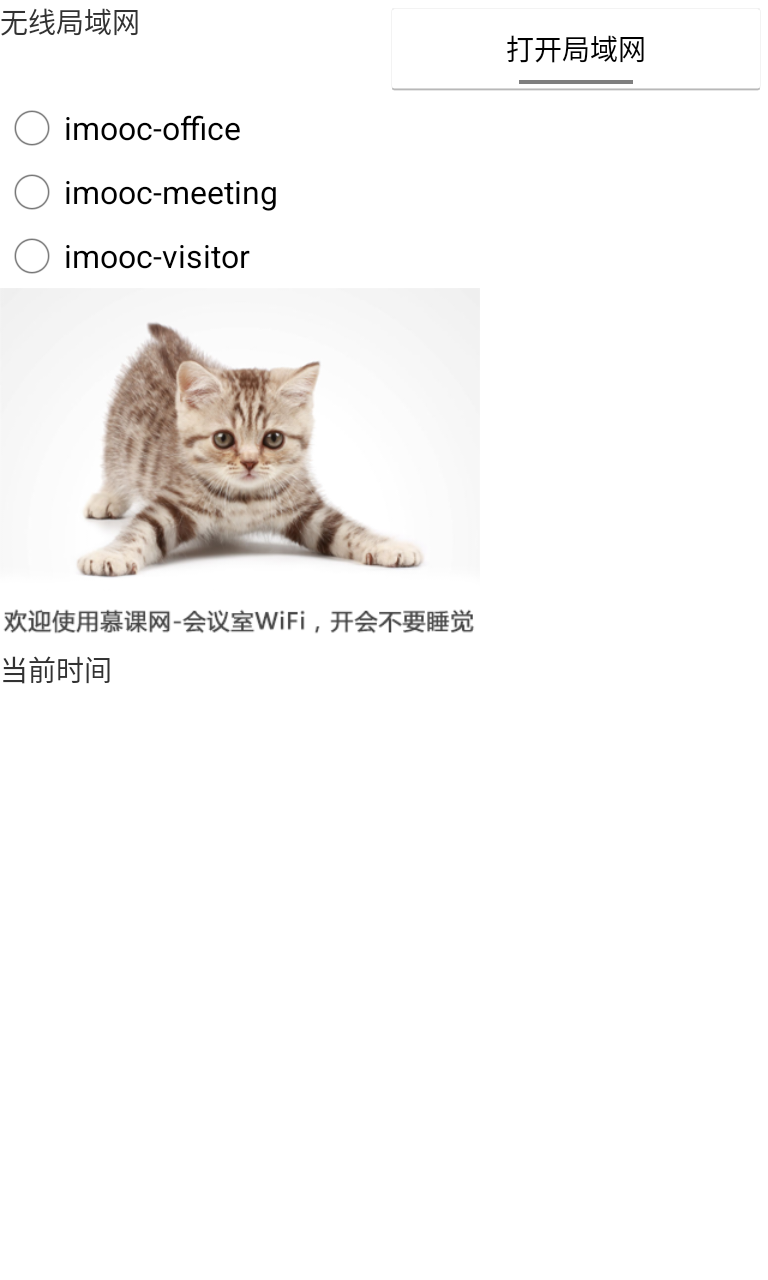
Repository: ling-cen/demo
Layout: Wifi_App/res/layout/activity_layout.xml
An editor plug-in stored every save of this project. The layout is shown before and after the next save, followed by the edit.
It is drawn on a 768 x 1280 px phone screen (xhdpi) without system bars, with theme AppTheme; the app's code is not run.

Above is the layout before, as saved 2018-12-13 16:15:04.

### Wifi_App/res/layout/activity_layout.xml
<?xml version="1.0" encoding="utf-8"?>
<LinearLayout xmlns:android="http://schemas.android.com/apk/res/android"
    android:layout_width="match_parent"
    android:layout_height="match_parent"
    android:orientation="vertical" >

    <LinearLayout
        android:layout_width="match_parent"
        android:layout_height="wrap_content"
        android:background="#FFFFFF"
        android:orientation="horizontal" >

        <TextView
            android:layout_width="0dp"
            android:layout_height="match_parent"
            android:layout_weight="1"
            android:text="@string/wifi" />

        <ToggleButton
            android:layout_width="0dp"
            android:layout_height="wrap_content"
            android:layout_weight="1"
            android:checked="false"
            android:textOff="打开局域网"
            android:textOn="关闭局域网" >
        </ToggleButton>
    </LinearLayout>

    <LinearLayout
        android:layout_width="match_parent"
        android:layout_height="wrap_content"
        android:background="#FFFFFF"
        android:orientation="vertical" >

        <RadioGroup
            android:layout_width="match_parent"
            android:layout_height="wrap_content"
            android:orientation="vertical" >

            <RadioButton
                android:layout_width="wrap_content"
                android:layout_height="wrap_content"
                android:text="@string/offoce" />

            <RadioButton
                android:layout_width="wrap_content"
                android:layout_height="wrap_content"
                android:text="@string/meeting" />

            <RadioButton
                android:layout_width="wrap_content"
                android:layout_height="wrap_content"
                android:text="@string/visitor" />
        </RadioGroup>
    </LinearLayout>

    <ImageView
        android:layout_width="match_parent"
        android:layout_height="180dp"
        android:scaleType="fitStart"
        android:background="#FFFFFF"
        android:src="@drawable/meeting" />

    <TextView
        android:layout_width="match_parent"
        android:layout_height="wrap_content"
        android:text="@string/isTime" />
</LinearLayout>

### Wifi_App/res/values/strings.xml
<?xml version="1.0" encoding="utf-8"?>
<resources>

    <string name="app_name">Wifi_App</string>
    <string name="hello_world">Hello world!</string>
    <string name="action_settings">Settings</string>
    <string name="wifi">无线局域网</string>
    <string name="wifi_off">关闭局域网</string>
    <string name="wifi_on">打开局域网</string>
    <string name="offoce">imooc-office</string>
    <string name="meeting">imooc-meeting</string>
    <string name="visitor">imooc-visitor</string>
    <string name="isTime">当前时间</string>
</resources>

Loaded but not shown: Wifi_App/res/values/styles.xml (common file); Wifi_App/res/values-v11/styles.xml (common file); Wifi_App/res/values-v14/styles.xml (common file)

After the next save:
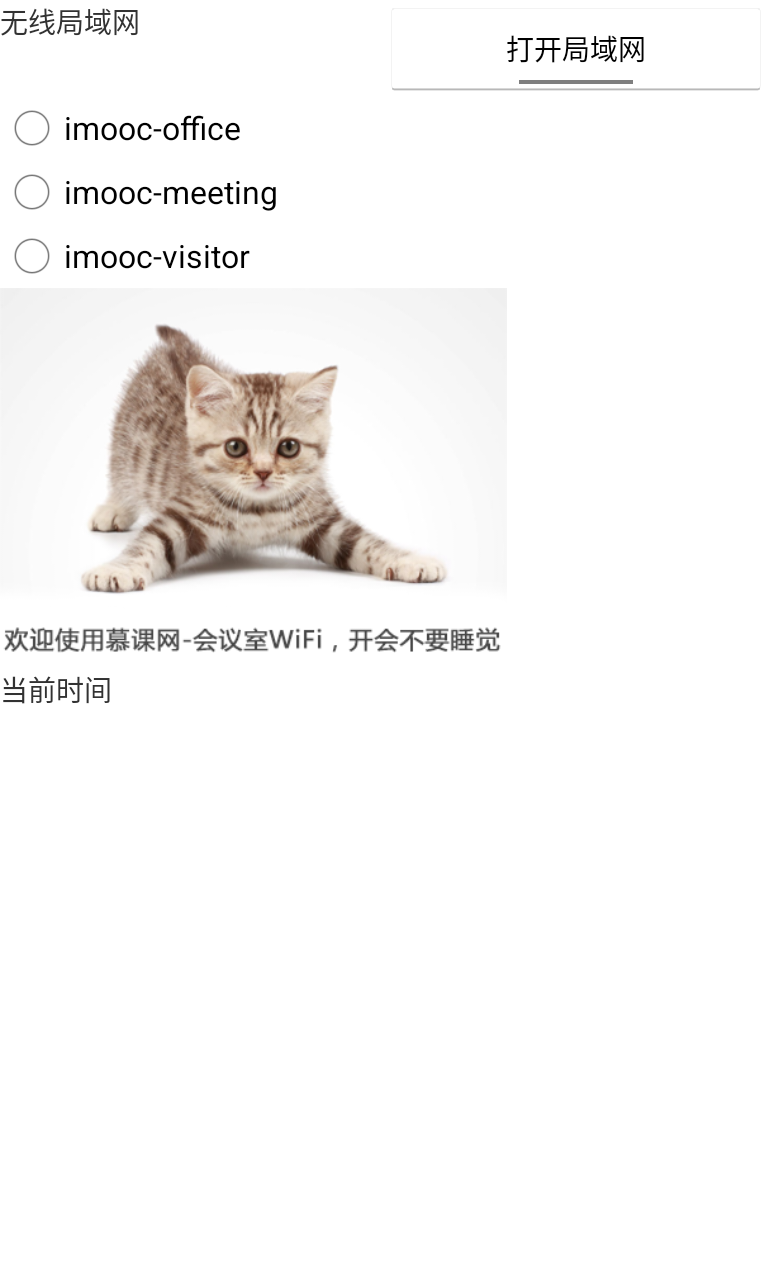
Saved 11 s later.
--- a/Wifi_App/res/layout/activity_layout.xml
+++ b/Wifi_App/res/layout/activity_layout.xml
@@ -56,7 +56,7 @@
 
     <ImageView
         android:layout_width="match_parent"
-        android:layout_height="180dp"
+        android:layout_height="190dp"
         android:scaleType="fitStart"
         android:background="#FFFFFF"
         android:src="@drawable/meeting" />
